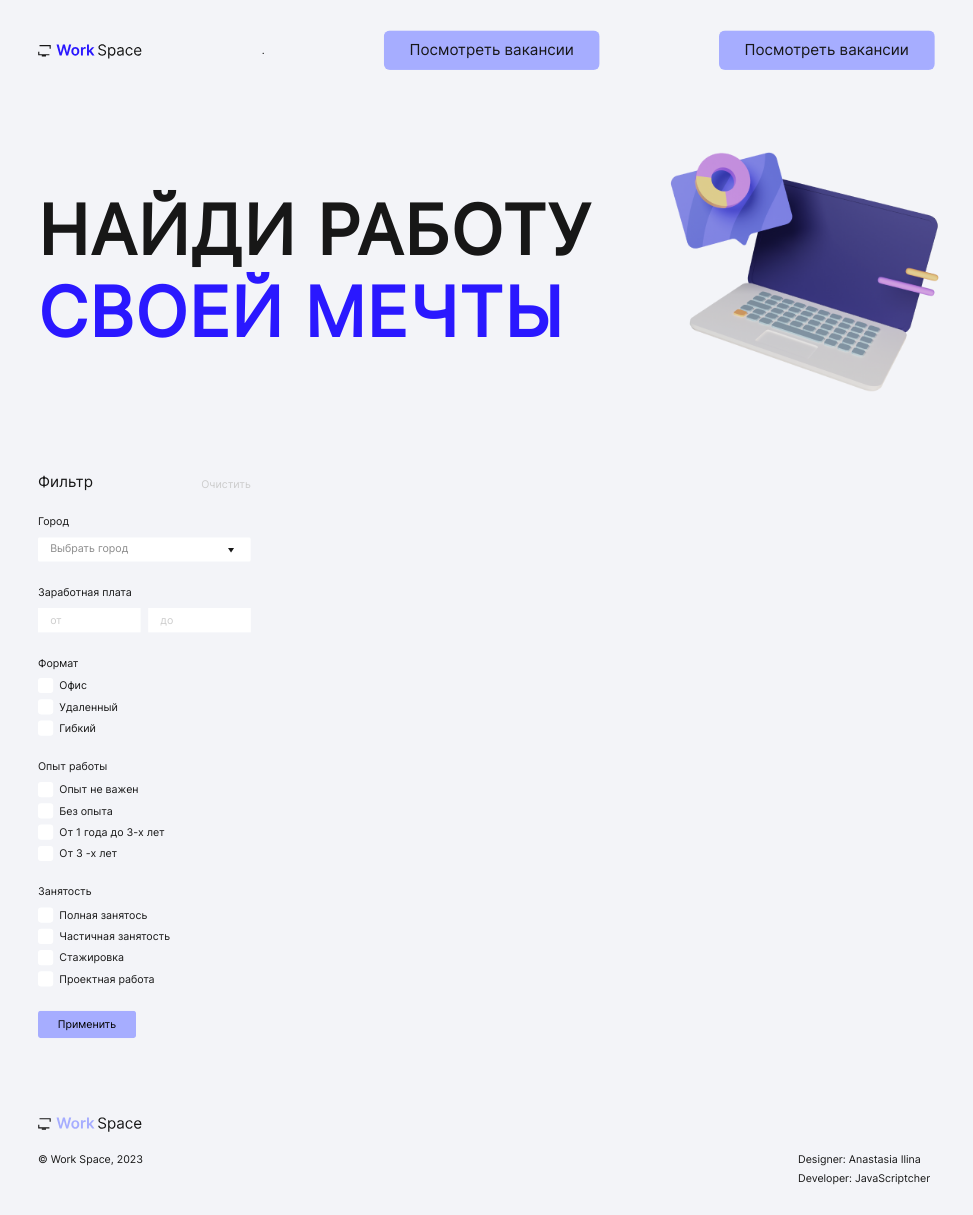
Repository: alexboagreek/workspace_js
Page: index.html
An editor plug-in stored every save of this project. The page is shown before and after a run of saves, followed by the edit.
The browser window is 1280 px wide. The pictures show the whole page, at 76% of full size.
The page's requests for data from a server got no answer.

Above is the page before, as saved 2023-09-13 07:37:15.

### index.html
<!DOCTYPE html>
<html lang="ru">

<head>
  <meta charset="UTF-8">
  <meta name="viewport" content="width=device-width, initial-scale=1.0">
  <title>Workspace</title>

  <link rel="stylesheet" href="index.css">

  <script src="js/choices.min.js" defer></script>
  <script src="js/script.js" defer></script>
</head>

<body>
  <header class="header">
    <div class="container header__container">
      <img class="header__logo" src="img/logo.svg" alt="Логитип WorkSpace">

      .
      <a class="header__link" href="#vacancies">Посмотреть вакансии</a>
      <a class="header__link" href="#vacancies">Посмотреть вакансии</a>
    </div>
  </header>

  <main>
    <section class="hero">
      <div class="container hero__container">
        <h1 class="hero__title">Найди работу
          <span class="blue-text">своей мечты</span>
        </h1>
      </div>
    </section>

    <div class="vacancies" id="vacancies">
      <div class="container vacancies__container">
        <button class="vacancies__filter-btn ">
          <span>Фильтр</span>
          <svg class="vacancies__filter-btn-arrow" width="20" height="20"
            viewBox="0 0 20 20" fill="none" xmlns="http://www.w3.org/2000/svg">
            <path d="M10 15L14 9H6L10 15Z" fill="currentColor" />
          </svg>
        </button>

        <section class="vacancies__filter filter">
          <h2 class="filter__title">Фильтр</h2>

          <form class="filter__form">
            <fieldset class="filter__fieldset">
              <legend class="filter__legend">Город</legend>

              <select class="filter__select" name="city" id="city">
                <option value="">Выбрать город</option>
              </select>
            </fieldset>

            <fieldset class="filter__fieldset">
              <legend class="filter__legend">Заработная плата</legend>

              <div class="filter__range">
                <input class="filter__input" type="number" name="pay-from"
                  placeholder="от">

                <input class="filter__input" type="number" name="pay-to"
                  placeholder="до">
              </div>
            </fieldset>

            <div class="filter__checkboxes">
              <fieldset class="filter__fieldset">
                <legend class="filter__legend">Формат</legend>

                <label class="filter__label checkbox">
                  <input class="checkbox__input" type="checkbox" name="format"
                    value="Офис">Офис
                </label>

                <label class="filter__label checkbox">
                  <input class="checkbox__input" type="checkbox" name="format"
                    value="Удаленный">Удаленный
                </label>

                <label class="filter__label checkbox">
                  <input class="checkbox__input" type="checkbox" name="format"
                    value="Гибкий">Гибкий
                </label>
              </fieldset>

              <fieldset class="filter__fieldset">
                <legend class="filter__legend">Опыт работы</legend>

                <label class="filter__label checkbox">
                  <input class="checkbox__input" type="checkbox"
                    name="experience" value="Опыт не важен">Опыт не важен
                </label>

                <label class="filter__label checkbox">
                  <input class="checkbox__input" type="checkbox"
                    name="experience" value="Без опыта">Без опыта
                </label>

                <label class="filter__label checkbox">
                  <input class="checkbox__input" type="checkbox"
                    name="experience" value="От 1 года до 3-х лет">От 1 года до
                  3-х лет
                </label>

                <label class="filter__label checkbox">
                  <input class="checkbox__input" type="checkbox"
                    name="experience" value="От 3-х лет">От 3 -х лет
                </label>
              </fieldset>

              <fieldset class="filter__fieldset">
                <legend class="filter__legend">Занятость</legend>

                <label class="filter__label checkbox">
                  <input class="checkbox__input" type="checkbox" name="type"
                    value="Полная занятость">Полная занятось
                </label>

                <label class="filter__label checkbox">
                  <input class="checkbox__input" type="checkbox" name="type"
                    value="Частичная занятость">Частичная занятость
                </label>

                <label class="filter__label checkbox">
                  <input class="checkbox__input" type="checkbox" name="type"
                    value="Стажировка">Стажировка
                </label>

                <label class="filter__label checkbox">
                  <input class="checkbox__input" type="checkbox" name="type"
                    value="Проектная работа">Проектная работа
                </label>
              </fieldset>
            </div>

            <div class="filter__buttons">
              <button class="filter__button" type="submit">Применить</button>

              <button class="filter__reset" type="reset">Очистить</button>
            </div>
          </form>
        </section>

        <section class="vacancies__cards cards">
          <h2 class="cards__title visually-hidden">Список вакансий</h2>

          <ul class="cards__list"></ul>
        </section>
      </div>
    </div>
  </main>

  <footer class="footer">
    <div class="container footer__container">
      <img class="footer__logo" src="img/logo-footer.svg"
        alt="Логотип WorkSpace">

      <p class="footer__copyright">© Work Space, 2023</p>

      <ul class="footer__contacts">
        <li class="footer__contact">Designer:
          <a class="footer__link" href="#">Anastasia Ilina</a>
        </li>
        <li class="footer__contact">Developer:
          <a class="footer__link" href="#">JavaScriptcher</a>
        </li>
      </ul>
    </div>
  </footer>


</body>

</html>

### index.css
@import "style/normalize.css";
@import "style/choices.min.css";
@import "style/style.css";
@import "style/header.css";
@import "style/hero.css";
@import "style/vacancies.css";
@import "style/filter.css";
@import "style/choices.css";
@import "style/checkbox.css";
@import "style/cards.css";
@import "style/vacancy.css";
@import "style/footer.css";
@import "style/modal.css";
@import "style/detail.css";

### style/style.css
@font-face {
  font-family: Inter;
  font-weight: 400;
  src: url("../fonts/inter-regular.woff2") format("woff2"),
    url("../fonts/inter-regular.woff") format("woff");
}

html {
  scroll-behavior: smooth;
  position: relative;
  box-sizing: border-box;
}

*,
*:before,
*:after {
  box-sizing: inherit;
}

body {
  min-width: 320px;
  min-height: 100vh;
  font-family: Inter, sans-serif;
  font-size: 14px;
  color: #171717;
  background-color: #f3f4f8;
  line-height: 1.2;
}

img,
svg {
  max-width: 100%;
  max-height: 100%;
  height: auto;
}

button {
  padding: 0;
  border: 0;
  cursor: pointer;
  background-color: transparent;
}

a {
  text-decoration: none;
  color: inherit;
}

ul {
  padding: 0;
  margin: 0;
  list-style: none;
}

h1,
h2,
h3,
p {
  margin: 0;
}

fieldset {
  padding: 0;
  margin: 0;
  border: 0;
}

.visually-hidden {
  position: fixed;
  transform: scale(0);
}

.container {
  --width: 1180px;
  --padding: 30px;
  max-width: calc(var(--width) + var(--padding) * 2);
  margin: 0 auto;
  padding: 0 var(--padding);
}

.blue-text {
  color: #2a18ff;
}

@media (max-width: 1140px) {
  .container {
    --width: 880px;
  }
}

@media (max-width: 940px) {
  .container {
    --width: 680px;
  }
}

@media (max-width: 640px) {
  .container {
    --padding: 15px;
  }
}

### style/header.css
.header {
  padding: 40px 0;
}

.header__container {
  display: flex;
  align-items: center;
  justify-content: space-between;
}

.header__link {
  padding: 12px 32px;
  border-radius: 8px;
  background-color: #a6adff;
  font-size: 20px;
  border: 2px solid transparent;
  transition-property: color, background-color;
  transition-duration: 0.2s;
  transition-timing-function: ease-in-out;
}

.header__link:focus-visible {
  border-color: #4f58be;
}

.header__link:hover {
  color: #fff;
  background-color: #2a18ff;
}

@media (max-width: 1140px) {
  .header {
    padding: 32px 0 40px;
  }
}

@media (max-width: 940px) {
  .header {
    padding: 24px 0 30px;
  }

  .header__link {
    padding: 8px 23px;
    font-size: 14px;
  }
}

@media (max-width: 640px) {
  .header {
    padding: 24px 0 20px;
  }

  .header__link {
    display: none;
  }
}

### style/hero.css
.hero {
  padding: 60px 0 50px;
}

.hero__container {
  position: relative;
  padding-top: 57px;
  padding-bottom: 57px;
}

.hero__container:after {
  content: "";
  position: absolute;
  right: -9px;
  top: 0;
  bottom: 0;
  width: 421px;
  background: url("../img/laptop.png") no-repeat center/contain;
}

.hero__title {
  position: relative;
  z-index: 2;
  max-width: 780px;
  font-size: 90px;
  letter-spacing: 1.8px;
  text-transform: uppercase;
}

@media (max-width: 1140px) {
  .hero {
    padding: 40px 0;
  }

  .hero__container {
    padding-top: 53px;
    padding-bottom: 53px;
  }

  .hero__container:after {
    width: 340px;
  }

  .hero__title {
    max-width: 580px;
    font-size: 64px;
    letter-spacing: 1.28px;
  }
}

@media (max-width: 940px) {
  .hero {
    padding: 30px 0;
  }

  .hero__container {
    padding-top: 40px;
    padding-bottom: 40px;
  }

  .hero__container:after {
    width: 269px;
  }

  .hero__title {
    max-width: 450px;
    font-size: 52px;
    letter-spacing: 1.04px;
  }
}

@media (max-width: 640px) {
  .hero {
    padding-top: 20px;
    padding-bottom: 10px;
  }

  .hero__container {
    padding-top: 0;
    padding-bottom: 234px;
  }

  .hero__title {
    max-width: 290px;
    text-align: center;
    margin: 0 auto;
    font-size: 32px;
  }

  .hero__container:after {
    right: auto;
    top: auto;
    height: 269px;
    left: 50%;
    transform: translateX(-50%);
    background-position: bottom;
  }
}

### style/vacancies.css
.vacancies {
  padding: 50px 0;
}

.vacancies__container {
  display: flex;
  align-items: start;
  gap: 24px 20px;
}

.vacancies__filter-btn {
  display: none;
}

.vacancies__filter {
  flex: 0 0 280px;
}

.vacancies__cards {
  flex-basis: 100%;
}

@media (max-width: 1140px) {
  .vacancies {
    padding: 40px 0;
  }
}

@media (max-width: 940px) {
  .vacancies {
    padding: 30px 0;
  }

  .vacancies__container {
    flex-direction: column;
    row-gap: 0;
  }

  .vacancies__filter-btn {
    display: flex;
    align-items: center;
    margin-bottom: 24px;
    transition-property: margin-bottom, color;
    transition-duration: 0.2s, 0.3s;
    transition-timing-function: ease-in-out;
    transition-delay: 0.2s, 0s;
    color: #2a18ff;
    line-height: 20px;
  }

  .vacancies__filter-btn:hover:not(:focus) {
    color: #a6adff;
  }

  .vacancies__filter-btn-arrow {
    position: relative;
    top: -2px;
    display: block;
    width: 20px;
    height: 20px;
  }

  .vacancies__filter-btn_active {
    margin-bottom: 32px;
    transition-delay: 0s;
  }

  .vacancies__filter-btn_active .vacancies__filter-btn-arrow {
    transform: rotate(180deg);
    top: 2px;
  }

  .vacancies__filter {
    width: 100%;
    flex-basis: auto;
    height: 0;
    overflow: hidden;
    transition: height 0.4s ease-in-out;
  }

  .vacancies__filter_active {
    height: auto;
    margin-bottom: 40px;
  }

  .vacancies__cards {
    width: 100%;
  }
}

@media (max-width: 640px) {
  .vacancies__filter-btn_active {
    margin-bottom: 24px;
  }
}

### style/filter.css
.filter {
  position: relative;
}

.filter__reset {
  position: absolute;
  top: 7px;
  right: 0;
  color: #ccc;
}

.filter__title {
  font-size: 20px;
  font-weight: 400;
  margin-bottom: 32px;
}

.filter__form {
  display: flex;
  flex-direction: column;
  gap: 32px;
}

.filter__fieldset {
  display: flex;
  flex-direction: column;
  align-items: start;
}

.filter__legend {
  margin-bottom: 12px;
}

.filter__select {
  width: 100%;
}

.filter__range {
  display: flex;
  align-items: center;
  justify-content: space-between;
  gap: 10px;
}

.filter__label:not(:last-child) {
  margin-bottom: 8px;
}

.filter__input {
  flex: 1 1 50%;
  width: 100%;
  padding: 0 16px;
  height: 32px;
  border: 0;
}

.filter__input::placeholder {
  color: #ccc;
}

.filter__checkboxes {
  display: flex;
  flex-direction: column;
  gap: 32px;
}

.filter__button {
  padding: 8px 24px;
  border-radius: 4px;
  background-color: #a6adff;
  border: 2px solid transparent;
  transition-property: color, background-color;
  transition-duration: 0.2s;
  transition-timing-function: ease-in-out;
}

.filter__button:focus-visible {
  border-color: #4f58be;
}

.filter__button:hover {
  color: #fff;
  background-color: #2a18ff;
}

@media (max-width: 940px) {
  .filter__title {
    position: fixed;
    transform: scale(0);
  }

  .filter__input {
    max-width: 140px;
  }

  .filter__checkboxes {
    display: grid;
    grid-template-columns: repeat(auto-fit, minmax(180px, 1fr));
    gap: 24px 70px;
  }

  .filter__buttons {
    display: flex;
    gap: 16px;
    align-items: center;
  }

  .filter__reset {
    position: static;
  }
}

### style/choices.css
.choices {
  width: 100%;
}

.choices__inner {
  background-color: #fff;
  padding: 6px 16px;
  min-height: 32px;
  border: 0;
}

.choices__list--single {
  padding: 0;
}

.choices[data-type*="select-one"]::after {
  width: 20px;
  height: 20px;
  background: url("../img/arrow.svg") no-repeat center/contain;
  border: 0;
  top: 6px;
  right: 16px;
  margin-top: 0;
}

.choices[data-type*="select-one"].is-open::after {
  transform: rotate(180deg);
  margin-top: 0;
}

### style/checkbox.css
.checkbox {
  position: relative;
  display: block;
  line-height: 20px;
  padding-left: 28px;
}

.checkbox__input {
  -webkit-appearance: none;
  -moz-appearance: none;
  appearance: none;
  position: absolute;
  width: 20px;
  height: 20px;
  left: 0;
  top: 0;
  bottom: 0;
  background-color: #fff;
  border-radius: 4px;
}

.checkbox__input:after {
  content: "";
  position: absolute;
  inset: 0;
  display: block;
  background: url("../img/check.svg") no-repeat center;
  opacity: 0;
  transition: opacity 0.2s ease-in-out;
}

.checkbox__input:checked:after {
  opacity: 1;
}

.checkbox__input:focus-visible {
  outline: none;
  box-shadow: 0px 2px 10px rgba(0, 0, 0, 0.25);
}

.checkbox__input:hover:not(:disabled) {
  box-shadow: 0px 2px 10px rgba(166, 173, 255, 0.55);
}

.checkbox__input:disabled {
  background-color: #ccc;
}

### style/cards.css
.cards__list {
  display: grid;
  grid-template-columns: repeat(auto-fit, minmax(280px, 1fr));
  gap: 20px;
}

@media (max-width: 940px) {
  .cards__list {
    grid-template-columns: repeat(auto-fit, minmax(220px, 1fr));
    gap: 10px;
  }
}

### style/vacancy.css
.vacancy {
  border-radius: 16px;
  background-color: #fff;
  padding: 16px;
  height: 100%;
  cursor: pointer;
  outline: none;
  border: 2px solid transparent;
}

.vacancy:hover {
  background-color: #f9faff;
}

.vacancy:focus-visible {
  border-color: #a6adff;
}

.vacancy__img {
  max-height: 44px;
  margin-bottom: 12px;
  display: block;
}

.vacancy__company {
  font-size: 20px;
  margin-bottom: 8px;
}

.vacancy__title {
  display: inline-block;
  padding: 3px 5px;
  font-size: 14px;
  font-weight: 400;
  border-radius: 4px;
  background-color: #eaecff;
  margin-bottom: 8px;
}

.vacancy__field {
  color: #ccc;
}

### style/footer.css
.footer {
  padding: 50px 0 40px;
}

.footer__container {
  display: grid;
  gap: 27px;
  grid-template-areas:
    "logo ."
    "copyright contacts";
}

.footer__logo {
  grid-area: logo;
}

.footer__copyright {
  grid-area: copyright;
}

.footer__contacts {
  grid-area: contacts;
  justify-self: end;
  min-width: 180px;
}

.footer__contact {
  margin-bottom: 8px;
}

.footer__contact:last-child {
  margin-bottom: 0;
}

.footer__link:hover {
  color: brown;
}

@media (max-width: 1140px) {
  .footer {
    padding: 40px 0 32px;
  }
}

@media (max-width: 940px) {
  .footer {
    padding: 30px 0 24px;
  }
}

@media (max-width: 640px) {
  .footer {
    padding-top: 20px;
  }

  .footer__container {
    grid-template-areas:
      "logo"
      "copyright"
      "contacts";
  }

  .footer__contacts {
    justify-self: start;
  }
}

### style/modal.css
.modal {
  position: fixed;
  z-index: 10;
  inset: 0;
  background-color: rgba(0, 0, 0, 0.5);
  cursor: pointer;
  padding: 30px;
  overflow-y: auto;
  display: flex;
}

.modal__main {
  position: relative;
  margin: auto;
  cursor: default;
}

.modal__close {
  background-color: transparent;
  border: none;
  cursor: pointer;
  position: absolute;
  top: 12px;
  right: 12px;
  padding: 0;
  line-height: 0;
  outline: 1px solid transparent;
  border-radius: 3px;
}

.modal__close:focus-visible {
  outline-color: gray;
}

@media (max-width: 640px) {
  .modal {
    padding: 30px 15px;
  }
}

### style/detail.css
.detail {
  max-width: 780px;
  border-radius: 16px;
  box-shadow: 0px 10px 50px 0px rgba(4, 0, 49, 0.1);
  background: #fff url("../img/likemen.png") no-repeat bottom right;
  background-size: 150px;
  padding: 36px 36px 80px;
}

.detail__header {
  display: grid;
  grid-template-columns: 101px 1fr;
  gap: 12px 20px;
  margin-bottom: 32px;
}

.detail__logo {
  width: 100%;
  max-height: 101px;
  grid-row: 1 / 3;
  align-self: center;
  justify-self: start;
}

.detail__company {
  font-size: 32px;
  letter-spacing: 0.64px;
  align-self: end;
  justify-self: start;
}

.detail__title {
  font-size: 20px;
  font-weight: 400;
  align-self: start;
  justify-self: start;
  border-radius: 4px;
  background-color: #eaecff;
  padding: 5px 10px;
}

.detail__main {
  display: flex;
  gap: 20px;
  margin-bottom: 32px;
}

.detail__description {
  max-width: 465px;
  line-height: 1.4;
}

.detail__fields {
  display: flex;
  flex-direction: column;
  align-items: start;
  gap: 4px;
}

.detail__field {
  padding: 3px 10px;
  border-radius: 30px;
  background-color: #eaecff;
}

.detail__resume {
  line-height: 1.4;
}

@media (max-width: 940px) {
  .detail {
    max-width: 680px;
    padding: 24px 24px 72px;
  }

  .detail__main {
    gap: 10px;
  }

  .detail__description {
    max-width: 418px;
  }
}

@media (max-width: 640px) {
  .detail {
    padding: 24px 15px;
    background-image: none;
  }

  .detail__header {
    grid-template-columns: 60px 1fr;
    gap: 4px 8px;
    margin-bottom: 24px;
  }

  .detail__company {
    font-size: 20px;
    letter-spacing: 0.4px;
  }

  .detail__title {
    font-size: 12px;
  }

  .detail__main {
    flex-direction: column;
    gap: 24px;
    margin-bottom: 24px;
  }

  .detail__description {
    max-width: 100%;
  }
}

Loaded but not shown: js/choices.min.js (library); style/normalize.css (library); style/choices.min.css (library); js/script.js (300 lines, source omitted)

After the next 4 saves:
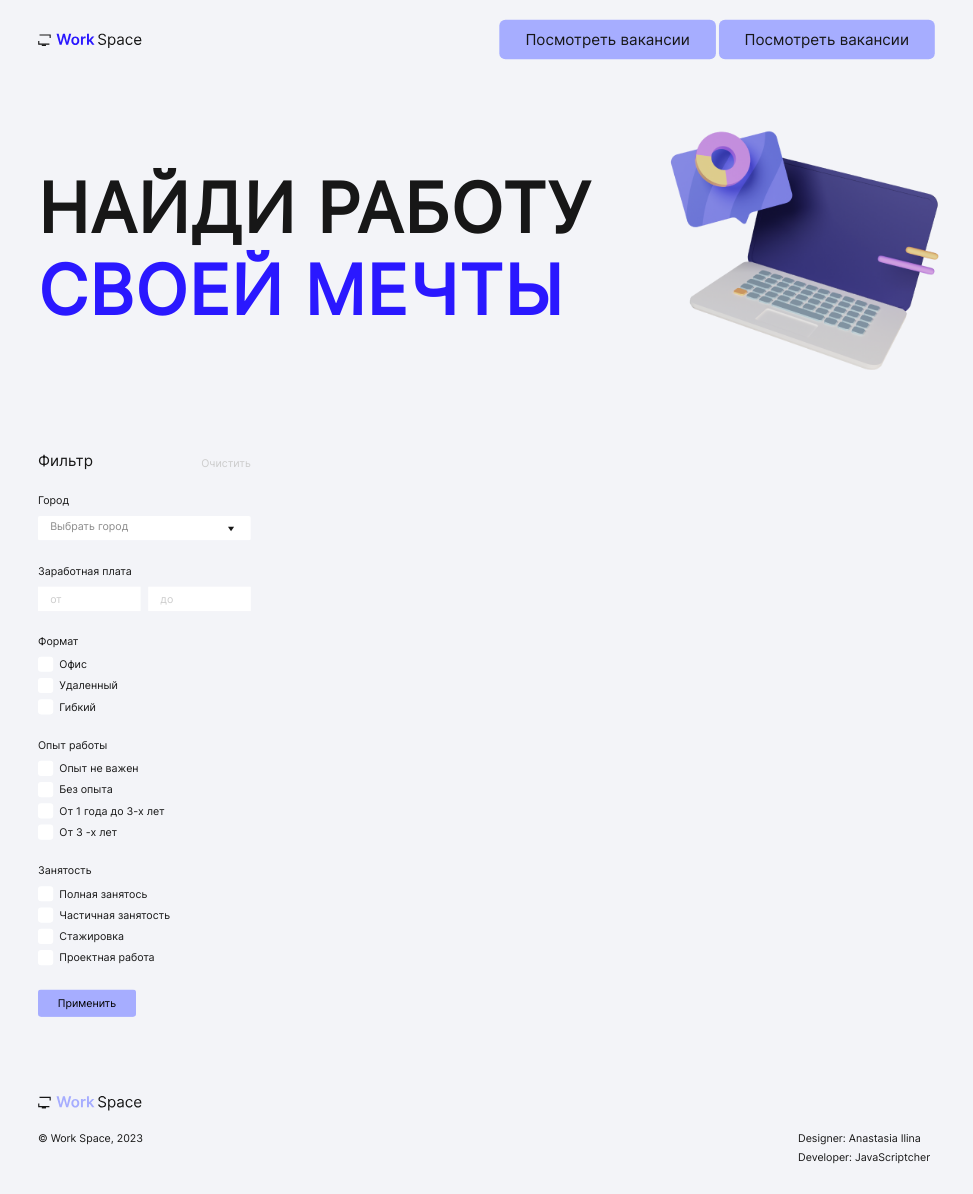
The 4 saves are shown as one change because they came seconds apart.
The last was saved 15 s later.
--- a/index.html
+++ b/index.html
@@ -17,9 +17,10 @@
     <div class="container header__container">
       <img class="header__logo" src="img/logo.svg" alt="Логитип WorkSpace">
 
-      .
-      <a class="header__link" href="#vacancies">Посмотреть вакансии</a>
-      <a class="header__link" href="#vacancies">Посмотреть вакансии</a>
+      <div class="header__links">
+        <a class="header__link" href="#vacancies">Посмотреть вакансии</a>
+        <a class="header__link" href="#vacancies">Посмотреть вакансии</a>
+      </div>
     </div>
   </header>
 
